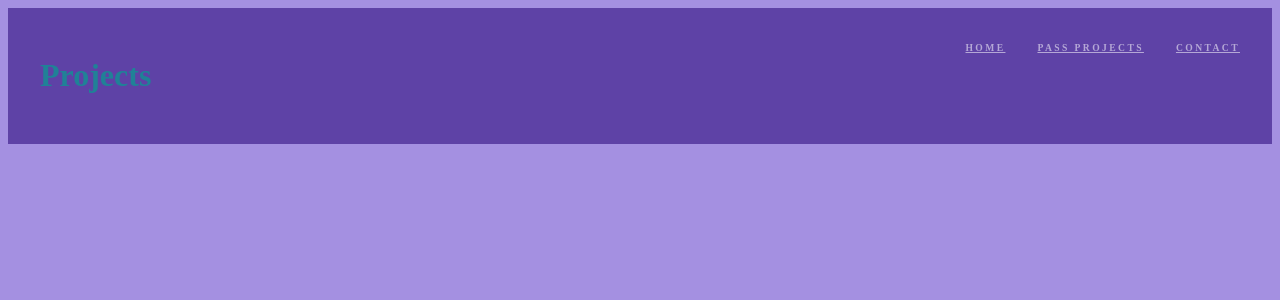
Repository: NyleNC/main
Page: projects.html
These files come from the project's save history. The page is drawn as it stood at one moment and after the next save; the edit follows.
The browser window is 1280 px wide. The pictures show the whole page.

Above is the page before, as saved 2024-11-06 23:36:49.

### projects.html
<!DOCTYPE html>
<html lang="en">
<head>
    <meta charset="UTF-8">
    <meta name="viewport" content="width=device-width, initial-scale=1.0">
    <title>Nyle Bumanglag</title>
    <link rel="stylesheet" href="style.css">
</head>
<header id="header"><h1>Projects</h1>
    <nav>
        <ul>
            <li><a href="index.html">Home</a></li>
            <li><a href="projects.html">Pass Projects</a></li>
            <li><a href="Contact.html">Contact</a></li>
        </ul>
    </nav>

</header>
<body>

</body>
</html>

### style.css
body{
    background: #a490e1;
    color: rgb(32, 129, 151);
}

#header {
    display: -moz-flex;
    display: -webkit-flex;
    display: -ms-flex;
    display: flex;
    background-color: #5e42a6;
    cursor: default;
    padding: 1.75em 2em;
}

    #header > .title {
        border: 0;
        color: #ffffff;
        display: block;
        font-size: 1.25em;
        font-weight: bold;
    }

    #header > nav {
        -moz-flex: 1;
        -webkit-flex: 1;
        -ms-flex: 1;
        flex: 1;
        text-align: right;
    }

        #header > nav > ul {
            margin: 0;
            padding: 0;
        }

            #header > nav > ul > li {
                display: inline-block;
                margin-left: 1.75em;
                padding: 0;
                vertical-align: middle;
            }

                #header > nav > ul > li:first-child {
                    margin-left: 0;
                }

                #header > nav > ul > li a {
                    border: 0;
                    color: rgba(255, 255, 255, 0.542);
                    display: inline-block;
                    font-size: 0.6em;
                    font-weight: bold;
                    letter-spacing: 0.25em;
                    text-transform: uppercase;
                }

                    #header > nav > ul > li a:hover {
                        color: rgb(144, 225, 164)
                    }

                    #header > nav > ul > li a.active {
                        color: #dd1a1a;
                    }

After the next save:
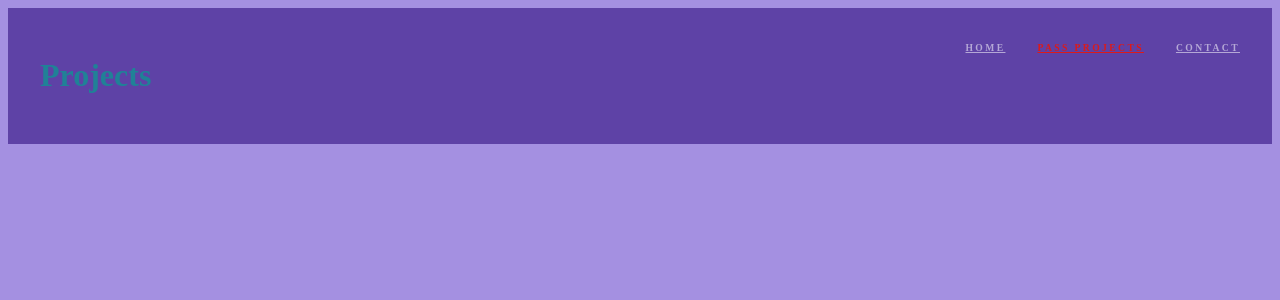
Saved 40 s later.
--- a/projects.html
+++ b/projects.html
@@ -10,7 +10,7 @@
     <nav>
         <ul>
             <li><a href="index.html">Home</a></li>
-            <li><a href="projects.html">Pass Projects</a></li>
+            <li><a href="projects.html" class="active">Pass Projects</a></li>
             <li><a href="Contact.html">Contact</a></li>
         </ul>
     </nav>
